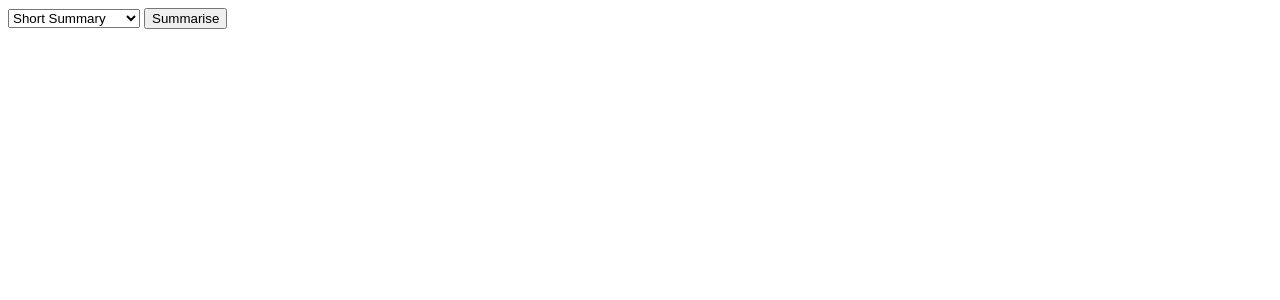
Repository: hisana-nazeer/AI-Summariser
Page: popup.html
An editor plug-in stored every save of this project. The page is shown before and after a run of saves, followed by the edit.
The browser window is 1280 px wide. The pictures show the whole page.

Above is the page before, as saved 2025-09-20 18:57:14.

### popup.html
<html>
    <body>
        <select id="summary-type">
            <option value="short">Short Summary</option>
            <option value="detailed">Detailed Summary</option>
            <option value="bullet-points">Bullet Points</option>
        </select>
        <button id="summarise-button">Summarise</button>
        </body>
</html>

After the next 5 saves:
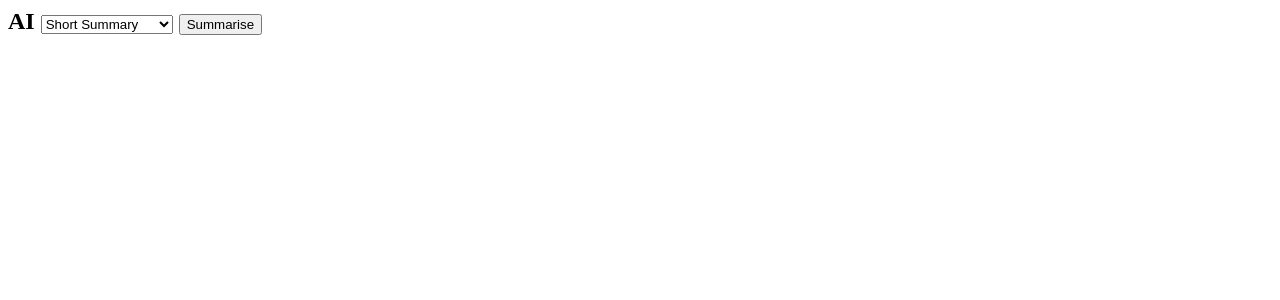
The 5 saves are shown as one change because they came seconds apart.
The last was saved 42 h 24 min later.
--- a/popup.html
+++ b/popup.html
@@ -1,5 +1,6 @@
 <html>
     <body>
+        <h2>AI
         <select id="summary-type">
             <option value="short">Short Summary</option>
             <option value="detailed">Detailed Summary</option>
